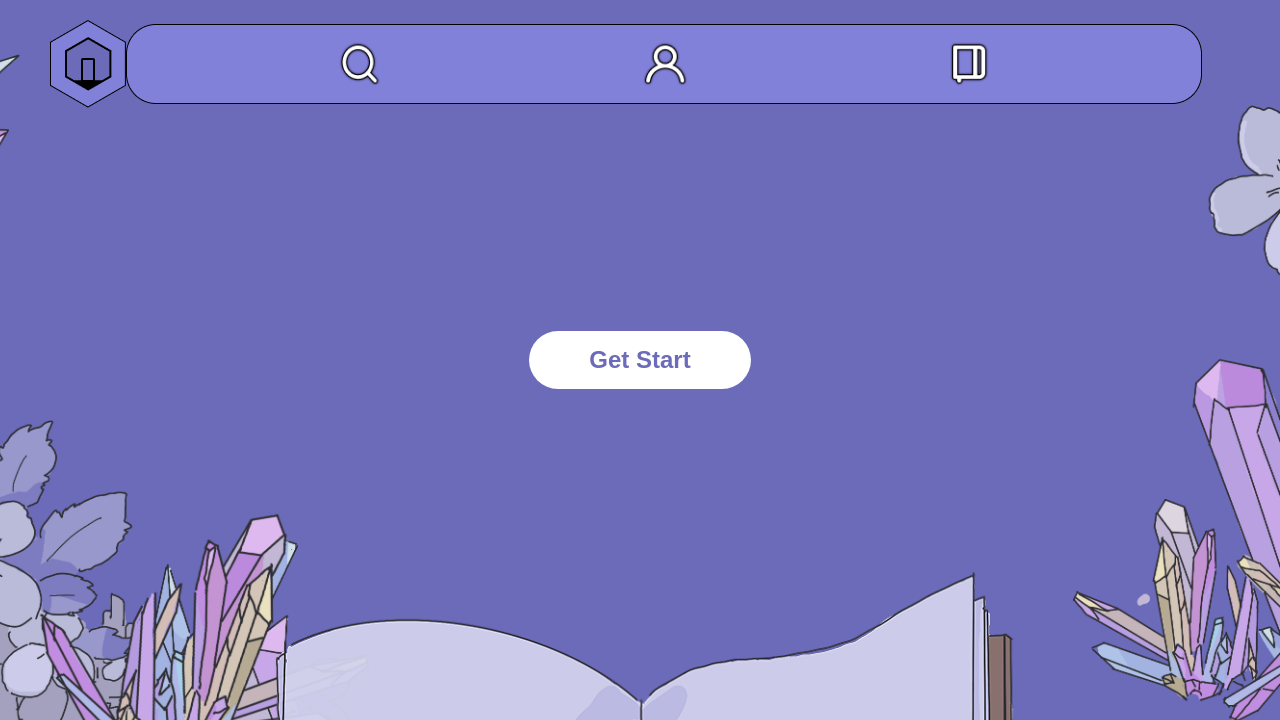
Repository: carolmmc/BabelLibrary
Page: shelf.html
The author's editor kept a copy of each file at every save. The page is drawn from the files as they stood at one save, then again after the next save.
The browser window is 1280 px wide. The pictures show the whole page.

Above is the page before, as saved 2025-05-07 15:19:26.

After the next save:
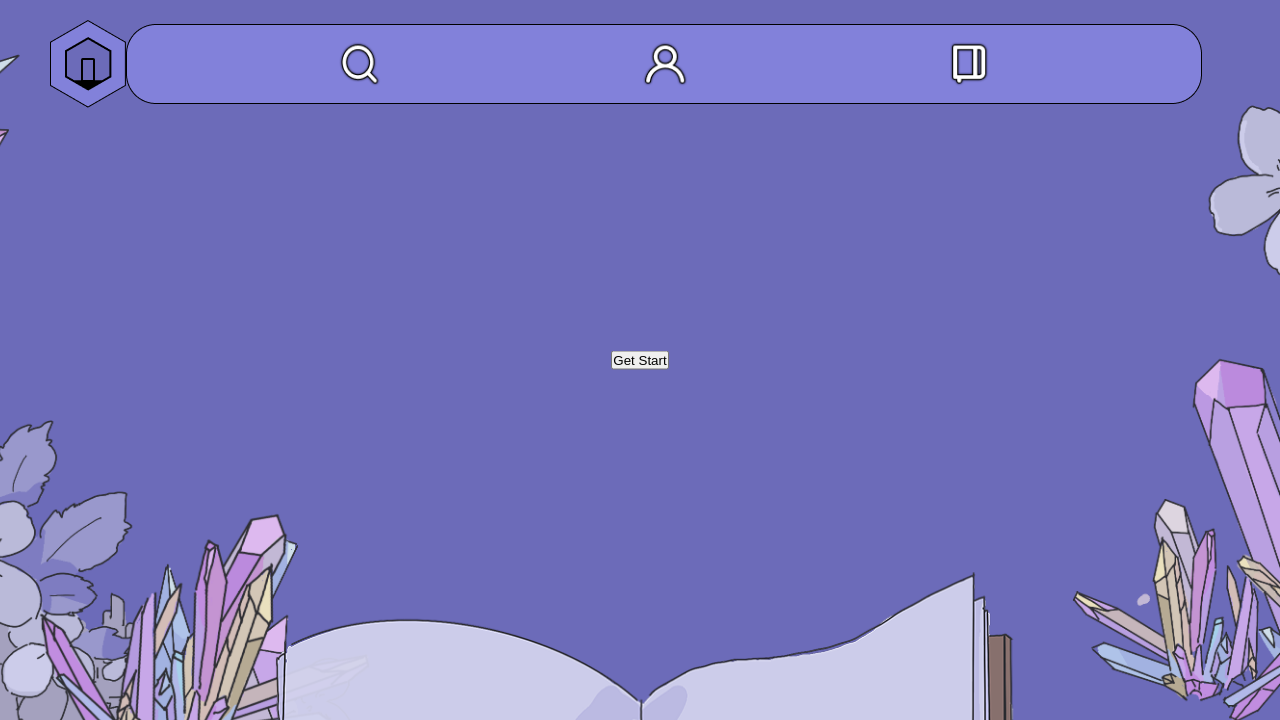
Saved 64 s later.
--- a/shelf.html
+++ b/shelf.html
@@ -97,30 +97,6 @@
 
 
 
-        .start-btn {
-            padding: 15px 60px;
-            font-size: 24px;
-            background: white;
-            border: none;
-            border-radius: 30px;
-            cursor: pointer;
-            transition: all 0.3s;
-            color: #6C6BB9;
-            font-weight: bold;
-        }
-
-        .start-btn:hover {
-            transform: scale(1.05);
-            box-shadow: 0 5px 15px rgba(0,0,0,0.2);
-        }
-
-        .title-image {
-            max-width: 800px;
-            width: 80%;
-            height: auto;
-            margin: 0 auto 40px;
-            display: block;
-        }
 
         /* 底部装饰图样式 */
         .bottom-decoration {
